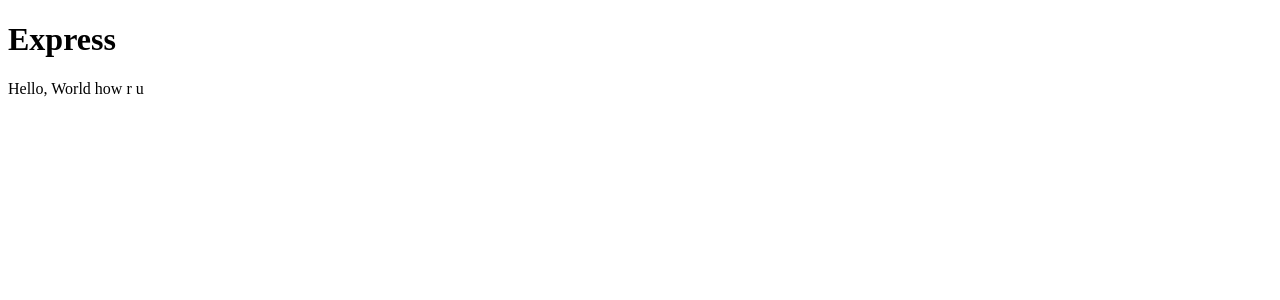
Repository: shivbin/Assignment_2
Page: http://localhost/
The author's editor kept a copy of each file at every save. The page is drawn from the files as they stood at one save, then again after the next save.
The browser window is 1280 px wide. The pictures show the whole page.
The page is served by the project's Node server (server.js).

Above is the page before, as saved 2021-09-29 18:56:06.

After the next save:
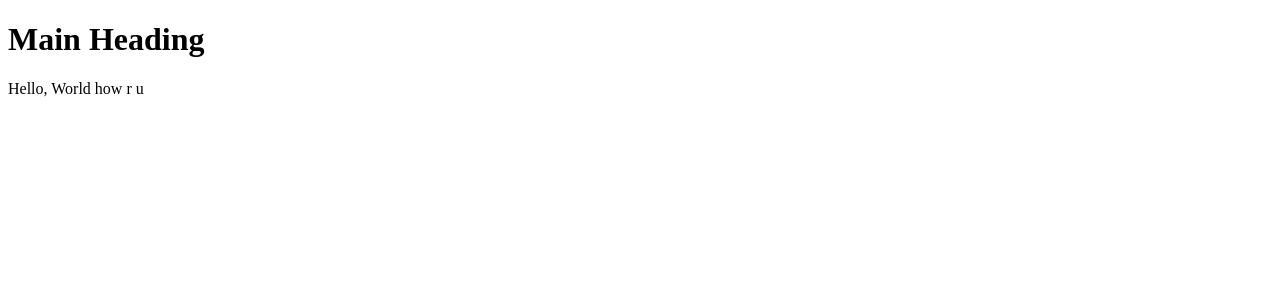
Saved 29 s later.
--- a/views/index.ejs
+++ b/views/index.ejs
@@ -6,7 +6,7 @@
     <link rel='stylesheet' href='/Content/app.css' />
   </head>
   <body>
-    <h1><%= title %></h1>
+    <h1><%= h1 %></h1>
     <p>Hello, World how r u</p>
     <script src="/Scripts/app.js"></script>
   </body>
